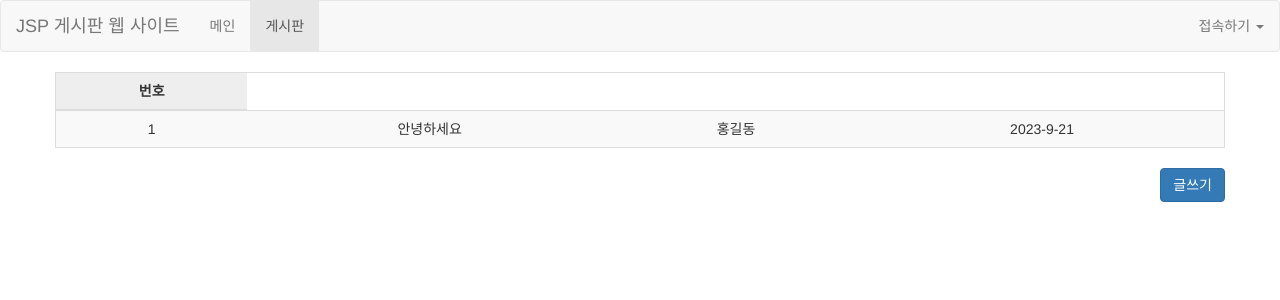
Repository: TheChok/BbsClone
Page: http://localhost/BBS/write.jsp
These files come from the project's save history. The page is drawn as it stood at one moment and after the next save; the edit follows.
The browser window is 1280 px wide. The pictures show the whole page.
Some web libraries are served in a nearby version. The page is served by Tomcat 9.

Above is the page before, as saved 2023-09-21 12:00:11.

After the next save:
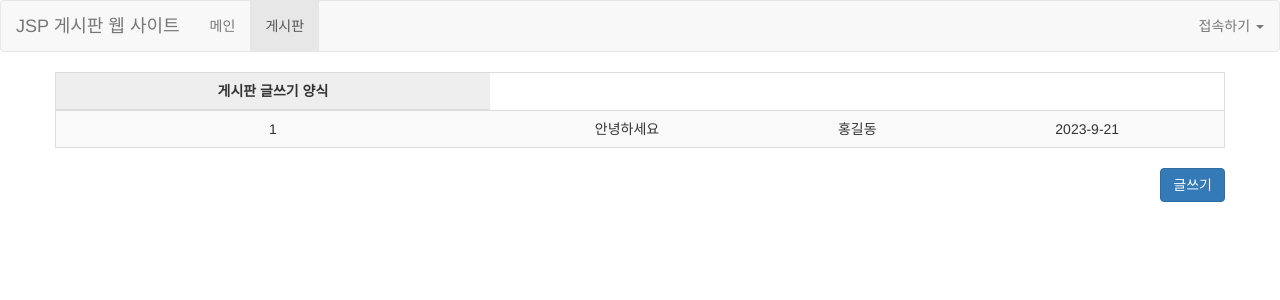
Saved 11 s later.
--- a/BBS/src/main/webapp/write.jsp
+++ b/BBS/src/main/webapp/write.jsp
@@ -79,7 +79,7 @@
 			<table class="table table-striped" style="text-align:center; border:1px solid #dddddd">
 				<thead>
 					<tr>
-						<th style="background-color:#eeeeee; text-align:center;">번호</th>
+						<th style="background-color:#eeeeee; text-align:center;">게시판 글쓰기 양식</th>
 					</tr>
 				</thead>
 				<tbody>
